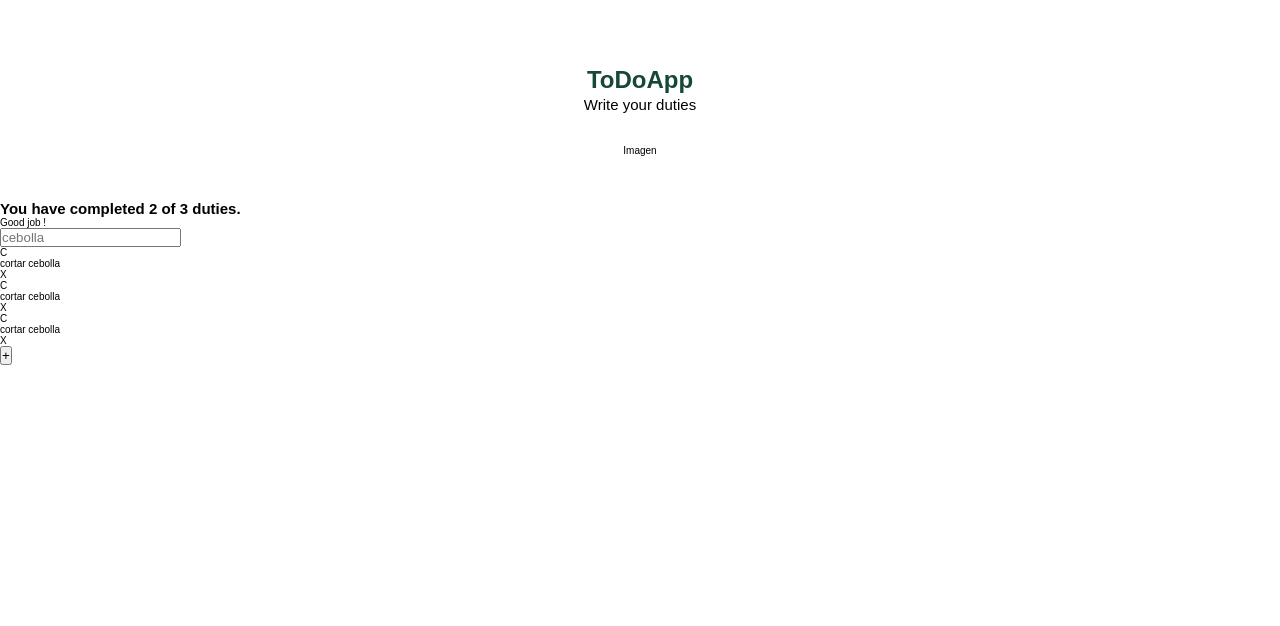
Repository: ChristianGecchelin/to-do-app
Page: /
These files come from the project's save history. The page is drawn as it stood at one moment and after the next save; the edit follows.
The browser window is 1280 px wide. The pictures show the whole page.
The project was rebuilt for these pictures with package versions that can differ from the ones it lists, and the page was loaded fresh each time.

Above is the page before, as saved 2022-01-12 10:52:48.

After the next save:
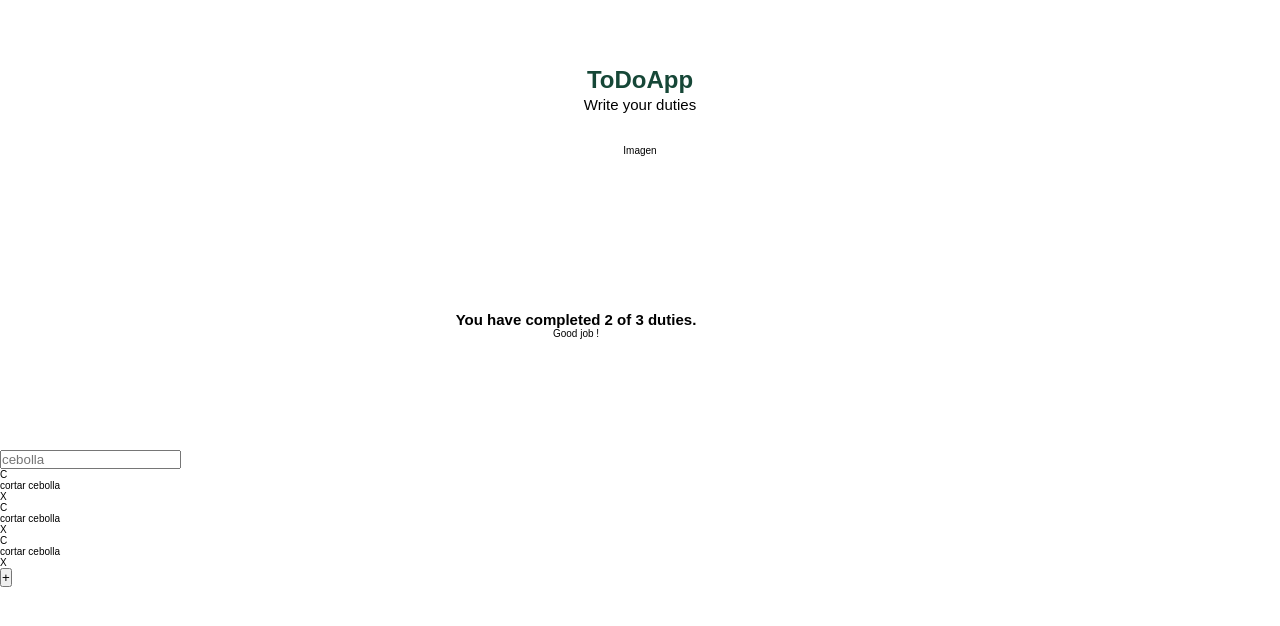
Saved 50 s later.
--- a/src/styles/ToDoCounter.css
+++ b/src/styles/ToDoCounter.css
@@ -1,4 +1,4 @@
-section .counter-container {
+.counter-container {
   display: flex;
   flex-direction: column;
   justify-content: center;
